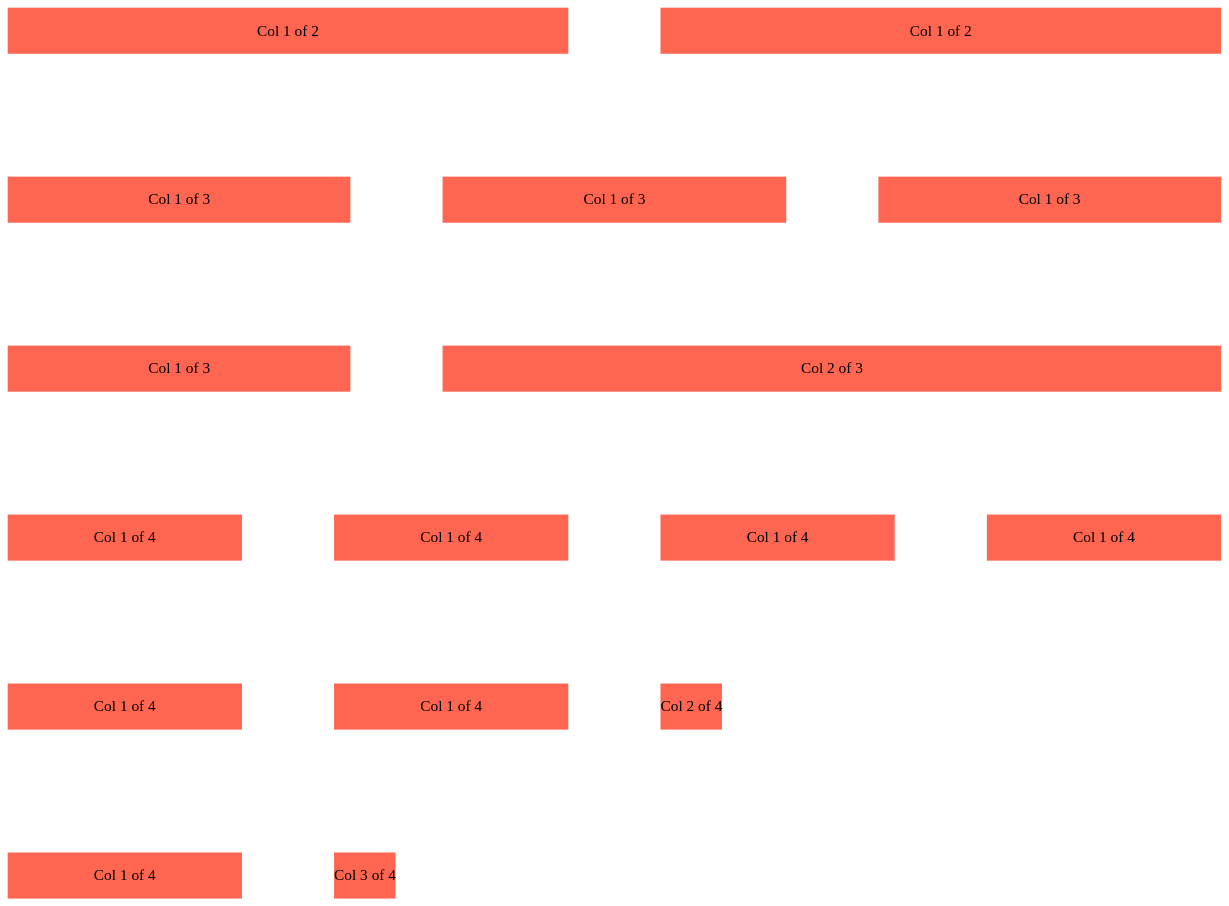
Repository: haokiet2501/grid-basic
Page: index.html
An editor plug-in stored every save of this project. The page is shown before and after the next save, followed by the edit.
The browser window is 1280 px wide. The pictures show the whole page, at 96% of full size.

Above is the page before, as saved 2022-08-11 19:00:29.

### index.html
<!DOCTYPE html>
<html lang="en">
<head>
    <meta charset="UTF-8">
    <meta http-equiv="X-UA-Compatible" content="IE=edge">
    <meta name="viewport" content="width=device-width, initial-scale=1.0">
    <link rel="stylesheet" href="styles.css">
    <title>GRID BASIC</title>
</head>
<body>
    <section class="grid-test">
        <div class="row">
            <div class="col-1-of-2">
                Col 1 of 2
            </div>
            <div class="col-1-of-2">
                Col 1 of 2
            </div>
        </div>

        <div class="row">
            <div class="col-1-of-3">
                Col 1 of 3
            </div>
            <div class="col-1-of-3">
                Col 1 of 3
            </div>
            <div class="col-1-of-3">
                Col 1 of 3
            </div>
        </div>

        <div class="row">
            <div class="col-1-of-3">
                Col 1 of 3
            </div>
            <div class="col-2-of-3">
                Col 2 of 3
            </div>
        </div>

        <div class="row">
            <div class="col-1-of-4">
                Col 1 of 4
            </div>
            <div class="col-1-of-4">
                Col 1 of 4
            </div>
            <div class="col-1-of-4">
                Col 1 of 4
            </div>
            <div class="col-1-of-4">
                Col 1 of 4
            </div>
        </div>

        <div class="row">
            <div class="col-1-of-4">
                Col 1 of 4
            </div>
            <div class="col-1-of-4">
                Col 1 of 4
            </div>
            <div class="col-2-of-4">
                Col 2 of 4
            </div>
        </div>

        <div class="row">
            <div class="col-1-of-4">
                Col 1 of 4
            </div>
            <div class="col-3-of-4">
                Col 3 of 4
            </div>
        </div>

    </section>
</body>
</html>

### styles.css
:root {
    --grid-width: 114rem;
    --gutter-vertical: 8rem;
    --gutter-horizonal: 6rem
}

.row {
    max-width: var(--grid-width);
    margin: 0 auto;
}

.row::after {
    content: "";
    display: table;
    clear: both;
}

.row:not(:last-child) {
    margin-bottom: var(--gutter-vertical);
}

[class^='col-'] {
    background-color: #FF6651;
    float: left;
    padding: 15px 0;
    text-align: center;
}

[class^='col-']:not(:last-child) {
    margin-right: var(--gutter-horizonal);
}

.col-1-of-2 {
    width: calc((100% - var(--gutter-horizonal)) / 2);
}

.col-1-of-3 {
    width: calc((100% - 2 * var(--gutter-horizonal)) / 3);
}

.col-2-of-3 {
    width: calc(2 * ((100% - 2 * var(--gutter-horizonal)) / 3) + var(--gutter-horizonal));
}

.col-1-of-4 {
    width: calc((100% - 3 * var(--gutter-horizonal)) / 4);
}

.col-1-of-4 {
    width: calc(((100% - 3 * var(--gutter-horizonal)) / 4));
}

After the next save:
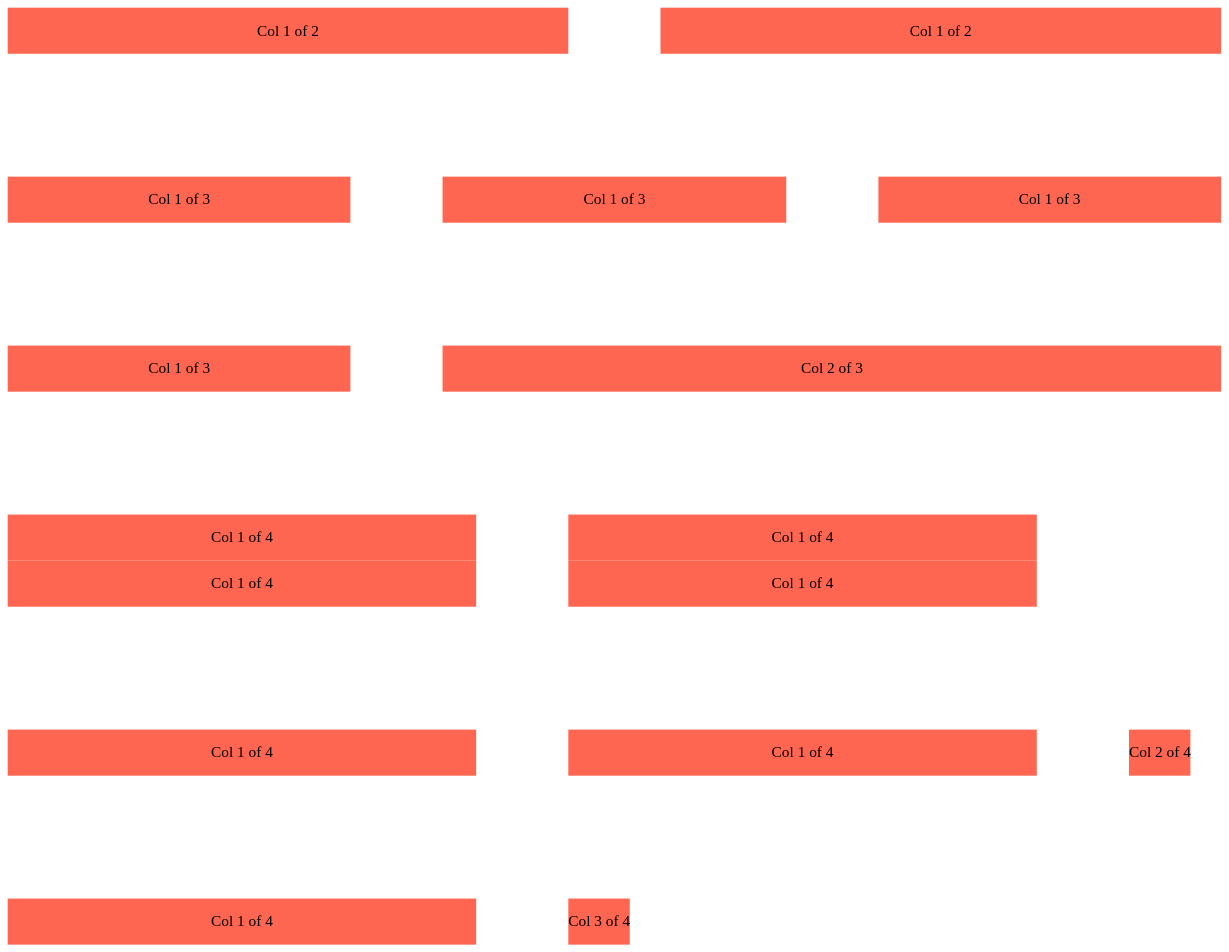
Saved 6 s later.
--- a/styles.css
+++ b/styles.css
@@ -47,5 +47,5 @@
 }
 
 .col-1-of-4 {
-    width: calc(((100% - 3 * var(--gutter-horizonal)) / 4));
+    width: calc(2 * ((100% - 3 * var(--gutter-horizonal)) / 4));
 }
